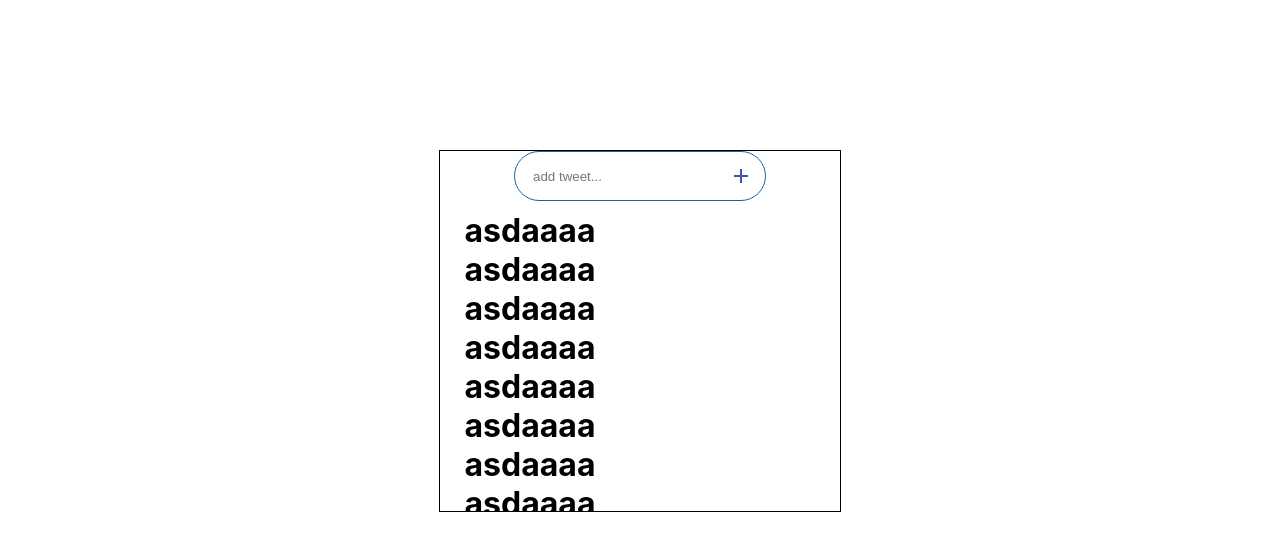
Repository: ehabmelhem/FullStack_Tweetapp
Page: /tweet (app in tweet-app-demo/)
These files come from the project's save history. The page is drawn as it stood at one moment and after a run of saves; the edit follows.
The browser window is 1280 px wide. The pictures show the whole page.
The project was rebuilt for these pictures with package versions that can differ from the ones it lists, and the page was loaded fresh each time. A package was used in the major version that the imports need, not the one package.json lists. Also part of the build but not shown: tweet-app-demo/src/Componets/Gotweet.js, tweet-app-demo/src/Componets/Login.css, tweet-app-demo/src/Componets/Login.js, tweet-app-demo/src/Componets/SignUp.css, tweet-app-demo/src/Componets/SignUp.js.

Above is the page before, as saved 2021-01-28 20:02:27.

### tweet-app-demo/src/App.js
import "./App.css";
import { useEffect, useState } from "react";
import { BrowserRouter as Router, Switch, Route, Link } from "react-router-dom";
import Login from "./Componets/Login";
import SignUp from "./Componets/SignUp";
import Tweet from "./Componets/Tweet";

function App() {
  return (
    <Router>
      <div className="app">
        <Switch>
          <Route path="/tweet">
            <Tweet />
          </Route>
          <Route path="/login">
            <Login />
          </Route>
          <Route path="/signup">
            <SignUp />
          </Route>
          <Route path="/">
            <Link to="/login">
              <button>Login</button>
            </Link>
            <Link to="/signup">
              <button>SignUp</button>
            </Link>
          </Route>
        </Switch>
      </div>
    </Router>
  );
}

export default App;

### tweet-app-demo/src/App.css
.app {
  position: relative;
  top: 150px;
  width: fit-content;
  margin: 0 auto;
}

### tweet-app-demo/src/Componets/Tweet.js
import React from "react";
import "./Tweet.css";
import IconButton from "@material-ui/core/IconButton";
import AddIcon from "@material-ui/icons/Add";
function Tweet() {
  return (
    <div className="tweet">
      <form className="tweet__form">
        <input placeholder="add tweet..." type="text" name="" id="" />
        <IconButton color="primary">
          <AddIcon />
        </IconButton>
      </form>
      <div className="container">
        <h1>asdaaaa</h1>
        <h1>asdaaaa</h1>
        <h1>asdaaaa</h1>
        <h1>asdaaaa</h1>
        <h1>asdaaaa</h1>
        <h1>asdaaaa</h1>
        <h1>asdaaaa</h1>
        <h1>asdaaaa</h1>
        <h1>asdaaaa</h1>
        <h1>asdaaaa</h1>
        <h1>asdaaaa</h1>
        <h1>asdaaaa</h1>
        <h1>asdaaaa</h1>
        <h1>asdaaaa</h1>
        <h1>asdaaaa</h1>
        <h1>asdaaaa</h1>
        <h1>asdaaaa</h1>
        <h1>asdaaaa</h1>
        <h1>asdaaaa</h1>
        <h1>asdaaaa</h1>
        <h1>asdaaaa</h1>
        <h1>asdaaaa</h1>
        <h1>asdaaaa</h1>
        <h1>asdaaaa</h1>
        <h1>asdaaaa</h1>
        <h1>asdaaaa</h1>
        <h1>asdaaaa</h1>
        <h1>asdaaaa</h1>
        <h1>asdaaaa</h1>
        <h1>asdaaaa</h1>
        <h1>asdaaaa</h1>
        <h1>asdaaaa</h1>
        <h1>asdaaaa</h1>
        <h1>asdaaaa</h1>
        <h1>asdaaaa</h1>
        <h1>asdaaaa</h1>
        <h1>asdaaaa</h1>
        <h1>asdaaaa</h1>
        <h1>asdaaaa</h1>
        <h1>asdaaaa</h1>
        <h1>asdaaaa</h1>
        <h1>asdaaaa</h1>
        <h1>asdaaaa</h1>
        <h1>asdaaaa</h1>
        <h1>asdaaaa</h1>
      </div>
    </div>
  );
}

export default Tweet;

### tweet-app-demo/src/Componets/Tweet.css
.tweet__form {
  margin: 0 auto;
  width: fit-content;
  display: flex;
  align-items: center;
  border: 1px solid rgb(23, 99, 161);
  border-radius: 999px;
}
.tweet__form > input {
  margin-left: 11px;
  padding: 7px;
  outline: none;
  border: none;
}
.tweet {
  width: 400px;
  border: 1px solid black;
}
/* Hide scrollbar for Chrome, Safari and Opera */

.container::-webkit-scrollbar-track {
  box-shadow: inset 0 0 6px rgba(13, 132, 230, 0.76);
  border-radius: 999px;
}
.container::-webkit-scrollbar {
  width: 10px;
}
.container::-webkit-scrollbar-thumb {
  background-color: rgb(37, 156, 235);
  border-radius: 999px;
}
.container::-webkit-scrollbar-thumb:hover {
  background-color: black;
}
.container {
  margin: 0 auto;
  margin-top: 10px;
  overflow: scroll;
  scroll-behavior: smooth;
  overflow-x: hidden; /* Hide horizontal scrollbar */
  height: 300px;
  width: fit-content;
  padding-right: 220px;
}

Loaded but not shown: tweet-app-demo/public/index.html (common file); tweet-app-demo/src/index.js (common file); tweet-app-demo/src/index.css (common file); tweet-app-demo/src/reportWebVitals.js (common file)

After the next 4 saves:
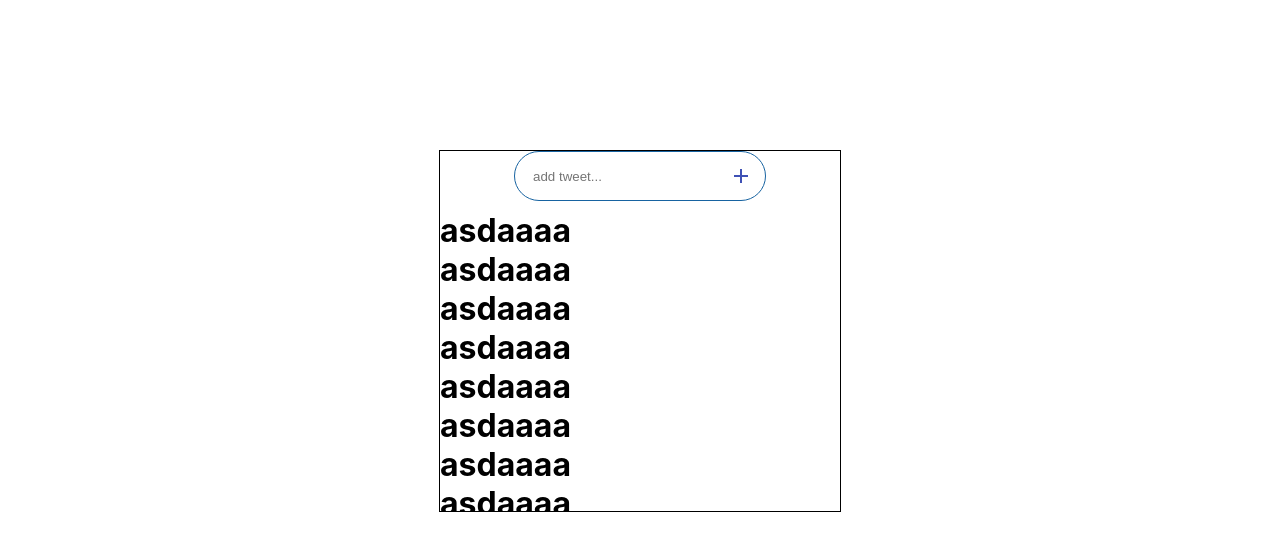
The 4 saves are shown as one change because they came seconds apart.
The last was saved 17 s later.
--- a/tweet-app-demo/src/Componets/Tweet.css
+++ b/tweet-app-demo/src/Componets/Tweet.css
@@ -40,5 +40,5 @@
   overflow-x: hidden; /* Hide horizontal scrollbar */
   height: 300px;
   width: fit-content;
-  padding-right: 220px;
+  padding-right: 270px;
 }
